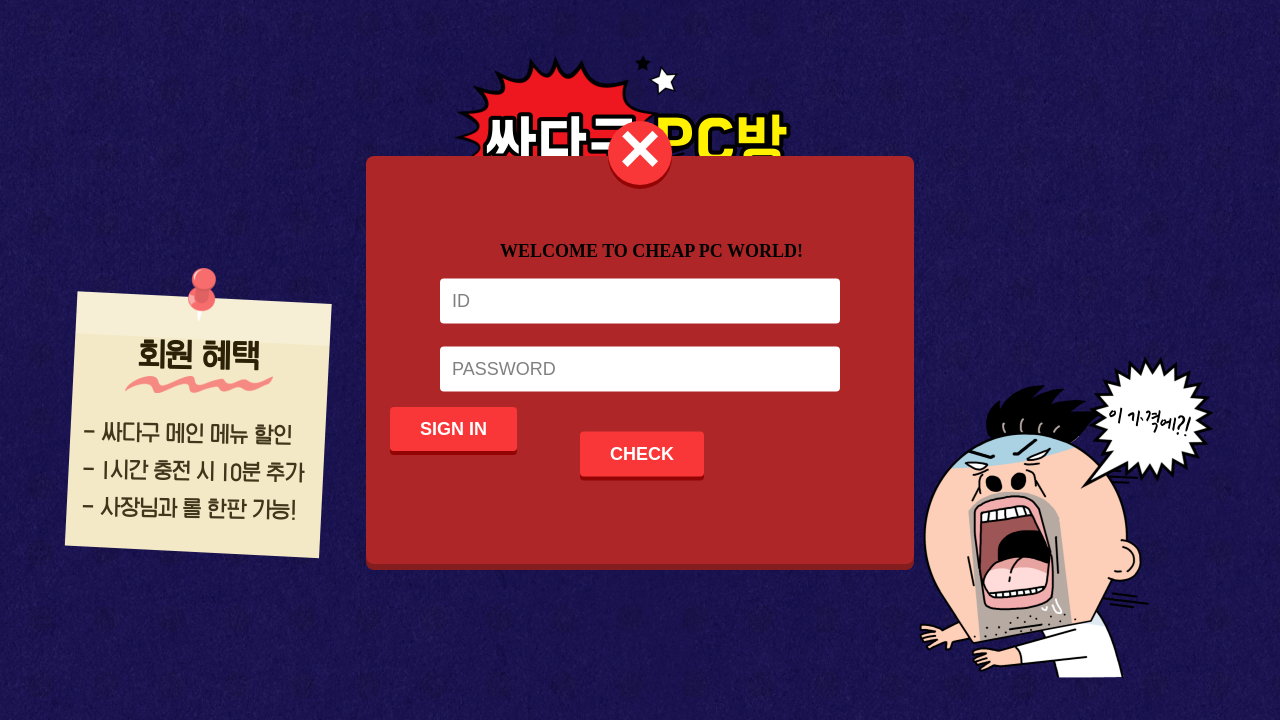
Repository: lkwoung/webProject-assignment
Page: http://localhost/CheapPC/
An editor plug-in stored every save of this project. The page is shown before and after the next save, followed by the edit.
The browser window is 1280 px wide. The pictures show the whole page.
After loading, the first visible `button.button-signup` was clicked once.
Some web fonts or font styles are not loaded; a fallback is used. Some web libraries are served in a nearby version. The page is served by Tomcat 9. Other server files are loaded and not shown.

Above is the page before, as saved 2020-12-11 13:39:41.

### CheapPC/WebContent/index.jsp
<%@ page language="java" contentType="text/html; charset=UTF-8"
	pageEncoding="UTF-8"%>
<!DOCTYPE html>
<html>
<head>
  <meta http-equiv="Content-Type" content="text/html;charset=UTF-8"/>
  <meta charset="UTF-8"/>
  <title>CodePen - Basic Sliding Navigation</title>
  <link rel="stylesheet" href="css/style.css">
</head>
<body>
<!-- partial:index.partial.html -->
<div class="block-signup">
  <button class="button-signup"><span>Log in</span></button>
  <div class="block-inner">
    <form action="loginAction.jsp" method="post">
      <label style="left:15%;">Welcome to Cheap PC World!</label>
      <input class="form-text" type="text" placeholder="ID" name="userID"/>
      <input class="form-text" type="text" placeholder="PASSWORD" name="userPassword"/>
    </form>
    <form action="JoinAction.jsp" method="post">
    <div class="form-action">
        <input type="submit" value="Check" style="left:35%;"/>
      </div>
      </form>
 </div>
  <new><span>Sign in</span></new>
 </div>





<!-- partial -->
<script src="https://code.jquery.com/jquery-3.1.1.min.js"></script>
<script type="text/javascript" src="js/script.js"></script>
</body>
</html>

### CheapPC/WebContent/css/style.css
@charset "UTF-8";

@import url(https://fonts.googleapis.com/css?family=Cabin:400,700);

html {
	background: url(image/cheapPC.png) no-repeat center center fixed;
	-webkit-background-size: cover;
	-moz-background-size: cover;
	-o-background-size: cover;
	background-size: cover;
}

img.cheapPC {

	min-height: 100%;
	min-width: 1024px;
	width: 100%;
	height: auto;
	position: fixed;
	top: 0;
	left: 0;
}

@media screen and (max-width: 1024px) {
	img.cheapPC {
		left: 50%;
		margin-left: -512px;
	}
}

p {
	margin: 0;
}

p.description {
	font-size: 14px;
	line-height: 20px;
}

button {
	overflow: hidden;
	display: block;
	width: auto;
	margin: 22px auto;
	font-family: 'Cabin', sans-serif;
	font-size: 18px;
	text-transform: uppercase;
	color: white;
	background-color: #F93738;
	padding: 12px 30px;
	font-weight: 700;
	border: none;
	-moz-transition: 0.2s;
	-o-transition: 0.2s;
	-webkit-transition: 0.2s;
	transition: 0.2s;
	-moz-border-radius: 4px;
	-webkit-border-radius: 4px;
	border-radius: 4px;
	-moz-box-shadow: #930405 0 4px 0;
	-webkit-box-shadow: #930405 0 4px 0;
	box-shadow: #930405 0 4px 0;
}
new {
	overflow: hidden;
	width: auto;
	margin: 22px auto;
	font-family: 'Cabin', sans-serif;
	font-size: 18px;
	text-transform: uppercase;
	color: white;
	background-color: #F93738;
	padding: 12px 30px;
	font-weight: 700;
	border: none;
	-moz-transition: 0.2s;
	-o-transition: 0.2s;
	-webkit-transition: 0.2s;
	transition: 0.2s;
	-moz-border-radius: 4px;
	-webkit-border-radius: 4px;
	border-radius: 4px;
	-moz-box-shadow: #930405 0 4px 0;
	-webkit-box-shadow: #930405 0 4px 0;
	box-shadow: #930405 0 4px 0;
}

button:before {
	content: '';
	width: 0;
	height: 0;
	background-color: rgba(255, 255, 255, 0.2);
	position: absolute;
	top: 0;
	right: 0;
	bottom: 0;
	left: 0;
	margin: auto;
	-moz-border-radius: 100%;
	-webkit-border-radius: 100%;
	border-radius: 100%;
	-moz-transition: 0s;
	-o-transition: 0s;
	-webkit-transition: 0s;
	transition: 0s;
}

button:hover {
	background-color: #f82324;
}

button:hover:before {
	width: 200px;
	height: 200px;
	opacity: 0;
	-moz-transition: 0.5s;
	-o-transition: 0.5s;
	-webkit-transition: 0.5s;
	transition: 0.5s;
}

button:focus {
	outline: none;
}

button:active {
	margin: 24px auto 20px;
	-moz-box-shadow: #930405 0 2px 0;
	-webkit-box-shadow: #930405 0 2px 0;
	box-shadow: #930405 0 2px 0;
}

button.button-signup {
	z-index: 1;
	position: absolute;
	top: -35px;
	right: 0;
	left: 0;
	margin: 0 auto;
	width: 40%;
}

button.button-signup:active {
	margin-top: 4px;
}

button.button-signup:after {
	opacity: 0;
	content: '×';
	font-size: 72px;
	line-height: 54px;
	width: 100%;
	height: 100%;
	position: absolute;
	top: 0;
	right: 0;
	bottom: 0;
	left: 0;
	margin: auto;
	-moz-transition: 0;
	-o-transition: 0;
	-webkit-transition: 0;
	transition: 0;
}

button.button-signup span {
	-moz-transition: ease-out 0.2s 0.2s;
	-o-transition: ease-out 0.2s 0.2s;
	-webkit-transition: ease-out 0.2s;
	-webkit-transition-delay: 0.2s;
	transition: ease-out 0.2s 0.2s;
}

.is-active button.button-signup {
	-moz-border-radius: 100%;
	-webkit-border-radius: 100%;
	border-radius: 100%;
	width: 64px;
	height: 64px;
}

.is-active button.button-signup span {
	opacity: 0;
	-moz-transition: 0s;
	-o-transition: 0s;
	-webkit-transition: 0s;
	transition: 0s;
}

.is-active button.button-signup:before {
	opacity: 0;
}

.is-active button.button-signup:after {
	opacity: 1;
	-moz-transition: ease-out 0.2s 0.2s;
	-o-transition: ease-out 0.2s 0.2s;
	-webkit-transition: ease-out 0.2s;
	-webkit-transition-delay: 0.2s;
	transition: ease-out 0.2s 0.2s;
}

.block-inner {
	position: relative;
	top: 50%;
	-moz-transform: translateY(-50%);
	-ms-transform: translateY(-50%);
	-webkit-transform: translateY(-50%);
	transform: translateY(-50%);
}

.block-signup {
	padding: 0 24px;
	background-color: #AE2627;
	width: 80%;
	height: 0;
	max-width: 500px;
	position: absolute;
	top: 0;
	right: 0;
	bottom: 0;
	left: 0;
	margin: auto;
	-moz-border-radius: 8px;
	-webkit-border-radius: 8px;
	border-radius: 8px;
	-moz-transition: ease-out 0.3s;
	-o-transition: ease-out 0.3s;
	-webkit-transition: ease-out 0.3s;
	transition: ease-out 0.3s;
	-moz-box-shadow: #841d1e 0 6px 0;
	-webkit-box-shadow: #841d1e 0 6px 0;
	box-shadow: #841d1e 0 6px 0;
}

.block-signup .block-inner {
	opacity: 0;
	margin-top: 24px;
	-moz-transition: ease-out 0.2s;
	-o-transition: ease-out 0.2s;
	-webkit-transition: ease-out 0.2s;
	transition: ease-out 0.2s;
}

.block-signup .block-inner form {
	display: none;
}

.block-signup.is-active {
	height: 50%;
	padding: 24px;
}

.block-signup.is-active .block-inner {
	opacity: 1;
	margin-top: 0;
	-moz-transition: ease-out 0.2s 0.3s;
	-o-transition: ease-out 0.2s 0.3s;
	-webkit-transition: ease-out 0.2s;
	-webkit-transition-delay: 0.3s;
	transition: ease-out 0.2s 0.3s;
}

.block-signup.is-active .block-inner form {
	display: block;
}

form {
	width: 100%;
	margin: 0 auto;
	max-width: 400px;
}

label {
	position: relative;
	font-size: 18px;
	font-weight: 700;
	display: block;
	margin-bottom: 12px;
	text-transform: uppercase;
}

input:not([type="submit"]) {
	color: #000000;
	font-size: 18px;
	padding: 12px;
	margin-bottom: 18px;
	margin-top:5px;
	border: none;
	width: calc(100% - 24px);
	font-weight: 500;
	-moz-border-radius: 4px;
	-webkit-border-radius: 4px;
	border-radius: 4px;
	-moz-transition: ease-out 0.2s;
	-o-transition: ease-out 0.2s;
	-webkit-transition: ease-out 0.2s;
	transition: ease-out 0.2s;
}

input:not([type="sumbit"]):focus {
	outline: none;
	background-color: #FFFFE5;
	-moz-box-shadow: rgba(0, 0, 0, 0.2) 0 6px 6px;
	-webkit-box-shadow: rgba(0, 0, 0, 0.2) 0 6px 6px;
	box-shadow: rgba(0, 0, 0, 0.2) 0 6px 6px;
}
input[type="submit"] {
	overflow: hidden;
	display: block;
	width: auto;
	margin: 22px auto;
	font-family: 'Cabin', sans-serif;
	font-size: 18px;
	text-transform: uppercase;
	color: white;
	background-color: #F93738;
	padding: 12px 30px;
	font-weight: 700;
	border: none;
	-moz-transition: 0.2s;
	-o-transition: 0.2s;
	-webkit-transition: 0.2s;
	transition: 0.2s;
	-moz-border-radius: 4px;
	-webkit-border-radius: 4px;
	border-radius: 4px;
	-moz-box-shadow: #930405 0 4px 0;
	-webkit-box-shadow: #930405 0 4px 0;
	box-shadow: #930405 0 4px 0;
}

input[type="submit"]:before {
	content: '';
	width: 0;
	height: 0;
	background-color: rgba(255, 255, 255, 0.2);
	position: absolute;
	top: 0;
	right: 0;
	bottom: 0;
	left: 0;
	margin: auto;
	-moz-border-radius: 100%;
	-webkit-border-radius: 100%;
	border-radius: 100%;
	-moz-transition: 0s;
	-o-transition: 0s;
	-webkit-transition: 0s;
	transition: 0s;
}

input[type="submit"]:hover {
	background-color: #f82324;
}

input[type="submit"]:hover:before {
	width: 200px;
	height: 200px;
	opacity: 0;
	-moz-transition: 0.5s;
	-o-transition: 0.5s;
	-webkit-transition: 0.5s;
	transition: 0.5s;
}

input[type="submit"]:focus {
	outline: none;
}

input[type="submit"]:active {
	margin: 24px auto 20px;
	-moz-box-shadow: #930405 0 2px 0;
	-webkit-box-shadow: #930405 0 2px 0;
	box-shadow: #930405 0 2px 0;
}

.form-action {
	position: relative;
	min-height: 70px;
	margin: 0 auto;
}

.form-action input {
	position: absolute;
	top: 0;
}

.form-action input:active {
	top: 2px;
}

input::placeholder {
	color: gray;
}

### CheapPC/WebContent/js/script.js
$('button').on('click', function() {
  $('.block-signup')
    .toggleClass('is-active');
});

After the next save:
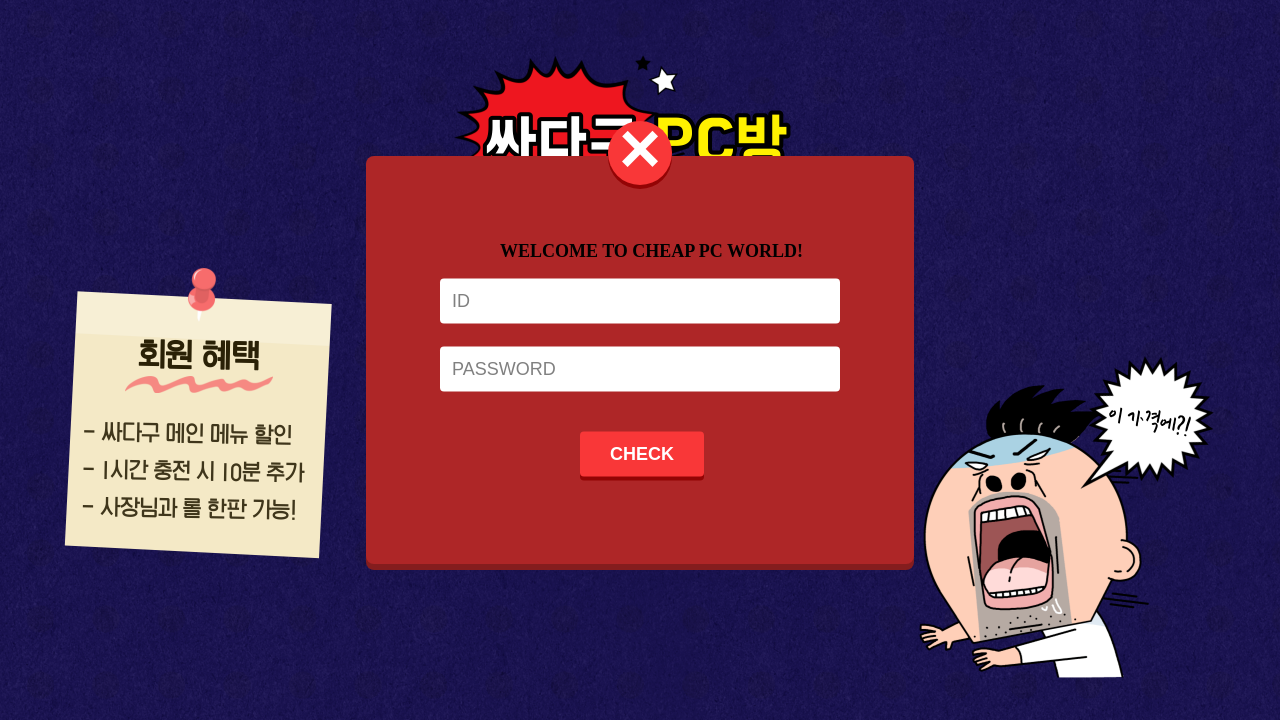
Saved 20 min 40 s later.
--- a/CheapPC/WebContent/js/script.js
+++ b/CheapPC/WebContent/js/script.js
@@ -1,4 +1,5 @@
 $('button').on('click', function() {
   $('.block-signup')
     .toggleClass('is-active');
+  $('new').css('visibility','hidden');
 });
